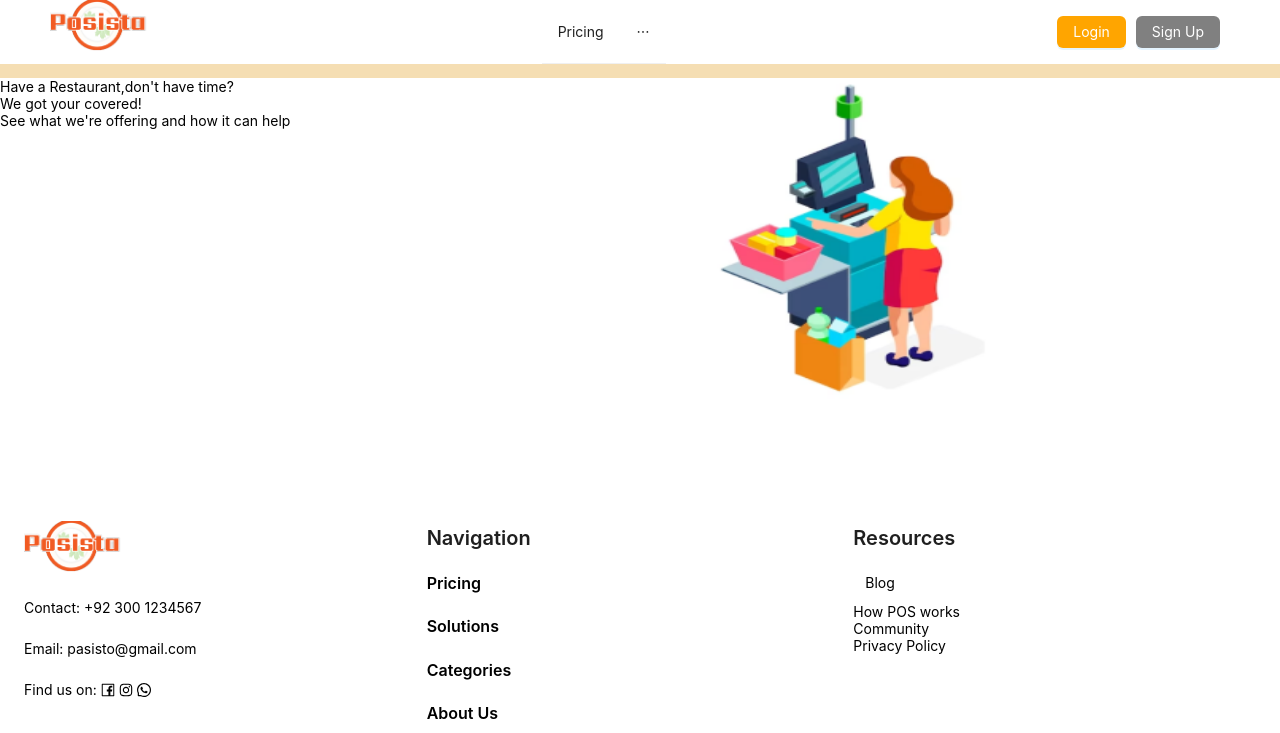
Repository: usmanarshad90/Posista
Page: / (app in test/)
These files come from the project's save history. The page is drawn as it stood at one moment and after a run of saves; the edit follows.
The browser window is 1280 px wide. The pictures show the whole page.
The project was rebuilt for these pictures with package versions that can differ from the ones it lists, and the page was loaded fresh each time. Also part of the build but not shown: test/src/components/Pricing/Pricing.jsx, test/src/components/Solution/Solutions.jsx, test/src/components/About/AboutUs.jsx, test/src/components/login/login.jsx, test/src/components/signup/signup.jsx.

Above is the page before, as saved 2023-11-28 14:40:13.

### test/public/index.html
<!DOCTYPE html>
<html lang="en">
  <head>
    <meta charset="utf-8" />
    <link rel="icon" href="%PUBLIC_URL%/favicon.ico" />
    <meta name="viewport" content="width=device-width, initial-scale=1" />
    <meta name="theme-color" content="#000000" />
    <meta
      name="description"
      content="Web site created using create-react-app"
    />
    <link rel="apple-touch-icon" href="%PUBLIC_URL%/logo192.png" />

    <link rel="manifest" href="%PUBLIC_URL%/manifest.json" />

    <title>Posisto</title>
  </head>
  <body>
    <noscript>You need to enable JavaScript to run this app.</noscript>
    <div id="root"></div>



  </body>
</html>

### test/src/index.css
body {
  margin: 0;
  font-family: -apple-system, BlinkMacSystemFont, 'Segoe UI', 'Roboto', 'Oxygen',
    'Ubuntu', 'Cantarell', 'Fira Sans', 'Droid Sans', 'Helvetica Neue',
    sans-serif;
  -webkit-font-smoothing: antialiased;
  -moz-osx-font-smoothing: grayscale;
}

code {
  font-family: source-code-pro, Menlo, Monaco, Consolas, 'Courier New',
    monospace;
}
.background{
  background-image: url("./images/background.jpg")!important;

}



/* .container{
  max-width: 1000px;
  margin: auto;
  width: 100%;
  padding-inline: 1rem;
  padding-block:5rem;

} */

### test/src/App.js
import {BrowserRouter  as Router , Routes , Route} from 'react-router-dom'
import Home from './components/Home/Home';

import Pricing from './components/Pricing/Pricing';
import Solutions from './components/Solution/Solutions';
import AboutUs from './components/About/AboutUs';
import Login from './components/login/login';
import SignUp from './components/signup/signup';


function App() {
  return (
    <Router>
    {/* if i can do it like this all pages come on the header */}

      <Routes>

        {/* if i can do it like this header individually come on the each page*/}

        <Route path="/" element={< Home/>} />
        <Route path="/login" element={<Login/>}/>
        <Route path="/signup" element={<SignUp/>} />

        <Route path="/pricing" element={< Pricing/>} />
        <Route path="/solution" element={< Solutions/>} />
        <Route path="/about" element={<AboutUs/>} />

        </Routes>
        {/* for footer i can call here */}

        </Router>
  );
}

export default App;

### test/src/components/Home/Home.jsx
import React from 'react'
import PageHeader from '../PageHeader/PageHeader'
import HeroSection from '../HeroSection/HeroSection'
import PageFooter from '../Footer/Footer'

const Home = () => {
  return (
    <>
    <PageHeader/>
    <HeroSection/>



    <PageFooter/>

    </>
  )
}

export default Home

### test/src/components/PageHeader/PageHeader.jsx
import React from 'react'
import { Layout, Menu, Button, Row, Col } from 'antd';
import { Link } from 'react-router-dom';
import logoimage from '../../images/posistologo.png'
import {HomeOutlined, UserOutlined,SettingOutlined,} from '@ant-design/icons';

const { Header } = Layout;
const PageHeader = () => {
  return (
    <Row>
      <Col lg={24} xl={24} md={12} xs={4} >
    <Layout className="layout">
    <Header style={{ display: 'flex', justifyContent: 'space-between' ,backgroundColor: 'white' }}>
      <div className="logo" >

      <Link to={'/'}><img src={logoimage} alt="" width="100px"  /></Link>
        </div>
      <Menu  mode="horizontal" style={ {color:'black',backgroundColor: 'transparent'}} >
        <Link to={'/pricing'} ><Menu.Item key="1" >Pricing</Menu.Item></Link>


        <Link to={'/solution'} ><Menu.Item key="2" >Solutions</Menu.Item></Link>

        <Link to={'/about'} ><Menu.Item key="3" >About Us</Menu.Item></Link>
      </Menu>

      <div>

        <Link to="/login"><Button type="primary" style={{ marginRight: '10px', backgroundColor: 'orange' }}>Login</Button>
        </Link>
        <Link to="/signup"><Button type="primary" style={{ marginRight: '10px', backgroundColor: 'grey' }}>Sign Up</Button></Link>
      </div>




    </Header>
  </Layout>
  </Col>
  </Row>
  )
}

export default PageHeader;

### test/src/components/HeroSection/HeroSection.jsx
import React from 'react'
import { Row,Col,Image,Divider} from 'antd';

import image from '../../images/design.png'

const HeroSection = () => {




      const DemoBox = (props) => <p className={`height-${props.value}`}>{props.children}</p>;
  return (
    <>
    <Row  >
      <Col  lg={{ span:24, order: 1 }} md={24} xs={24} xl={24} xxl={24}  style={{background:'wheat'}}>
      <DemoBox value={'100%'}> </DemoBox>
        </Col>

    <Col lg={{ span: 12, order: 2 }} md={8} xs={4} xl={12}>

    <div   >

         Have a Restaurant,don't have time? <br />
         We got your covered! <br/>

         <div   >See what we're offering and how it can help <br />


         </div>
    </div>
    </Col>
    <Col lg={{ span: 12, order: 3 }}md={8} xs={4} xl={12}>
    <Image width={'70%'} preview={false} height={'90%'} src={image} alt="#" />

    </Col>
   </Row>
   </>
  )
}

export default HeroSection

### test/src/components/Footer/Footer.jsx
import React from 'react'
import { Layout, Menu, Row, Col, Typography } from 'antd';
import { Link } from 'react-router-dom';
import logoimage from '../../images/posistologo.png';
import { FacebookOutlined,InstagramOutlined , WhatsAppOutlined} from '@ant-design/icons';
// const {PageFooter}=Layout;




const Footer = () => {
  const style = {
    background: '',
    text_align:'left',
    padding: ' 12px ',



  };


  return (
    <Row><Col  lg={{ span:8, order: 1 }} md={6} xs={4} xl={8} xxl={8} style={style} >

      <div style={style} className="logo" >

      <Link to={'/'}><img src={logoimage} alt="" width="100px"  /></Link>
      </div>
      <div style={style}>Contact: +92 300 1234567</div>
      <div style={style}>Email: pasisto@gmail.com</div>
      <div style={style}>Find us on: <FacebookOutlined  /> <InstagramOutlined /> <WhatsAppOutlined /></div>

      </Col>

      <Col  lg={{ span:8, order: 1 }} md={6} xs={4} xl={8} xxl={8}   >

      <Typography.Title level={4} >Navigation </Typography.Title>


      <Typography.Title level={5}>
      <Link to={'/pricing'} style={{color:'black'}}>Pricing</Link> </Typography.Title>

      <Typography.Title level={5}>
      <Link to={'/solution'} style={{color:'black'}}>Solutions</Link></Typography.Title>
      <Typography.Title level={5}>
      <Link to={'/about'} style={{color:'black'}}>Categories</Link></Typography.Title>
      <Typography.Title level={5}>
      <Link to={'/about'} style={{color:'black'}}>About Us</Link></Typography.Title>


      </Col>

      <Col  lg={{ span:8, order: 1 }} md={6} xs={4} xl={8} xxl={8}   >
        <Typography.Title level={4}>Resources</Typography.Title>
        <div style={style}>Blog</div>
        <div>How POS works</div>
        <div>Community</div>
        <div>Privacy Policy</div>
      </Col>




    </Row>

  )
}

export default Footer

Loaded but not shown: test/src/index.js (common file)

After the next 6 saves:
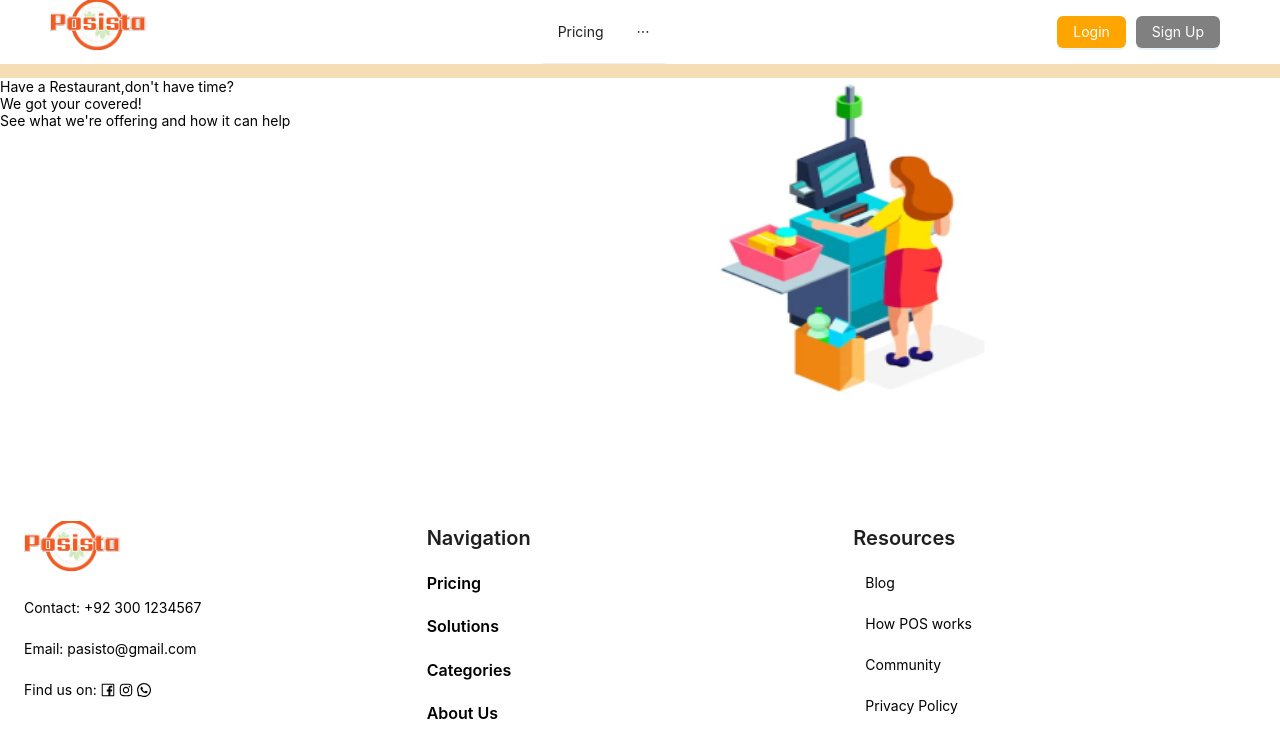
The 6 saves are shown as one change because they came seconds apart.
The last was saved 19 s later.
--- a/test/src/components/Footer/Footer.jsx
+++ b/test/src/components/Footer/Footer.jsx
@@ -53,9 +53,9 @@ const Footer = () => {
       <Col  lg={{ span:8, order: 1 }} md={6} xs={4} xl={8} xxl={8}   >
         <Typography.Title level={4}>Resources</Typography.Title>
         <div style={style}>Blog</div>
-        <div>How POS works</div>
-        <div>Community</div>
-        <div>Privacy Policy</div>
+        <div style={style}>How POS works</div>
+        <div style={style}>Community</div>
+        <div style={style}>Privacy Policy</div>
       </Col>
 
 
